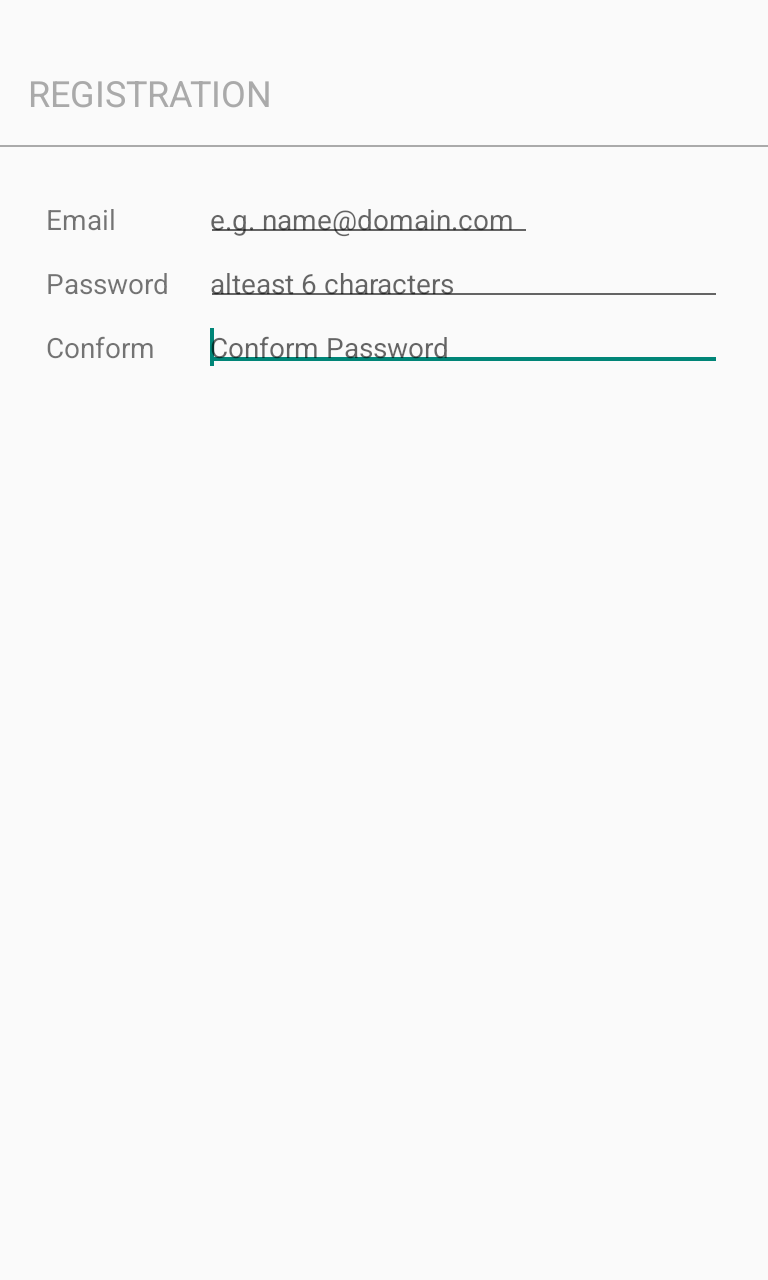
Repository: lMayuraDevani/BrentBrown
Layout: BrentBrown/res/layout/register.xml
The author's editor kept a copy of each file at every save. The layout is drawn from the files as they stood at one save, then again after the next save.
It is drawn on a 768 x 1280 px phone screen (xhdpi) without system bars, with theme AppTheme; the app's code is not run.

Above is the layout before, as saved 2014-11-12 09:29:01.

After the next save:
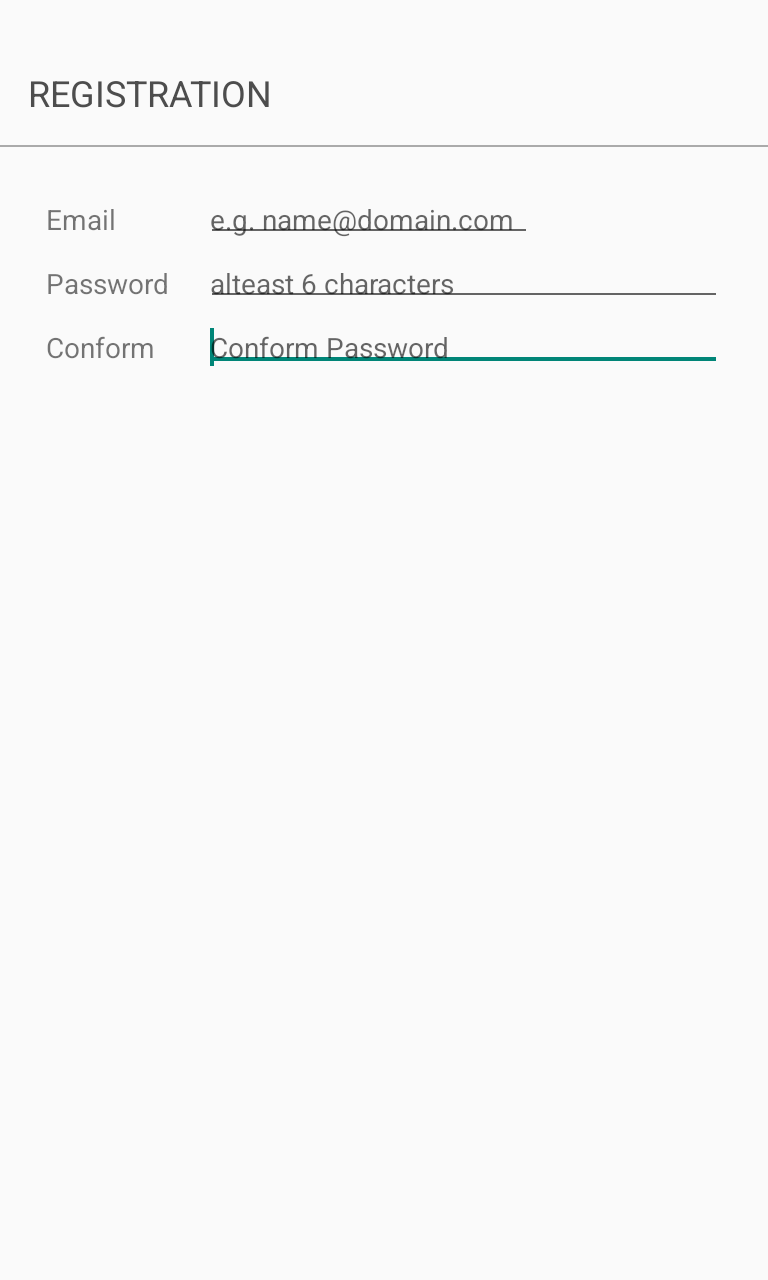
Saved 13 s later.
--- a/BrentBrown/res/layout/register.xml
+++ b/BrentBrown/res/layout/register.xml
@@ -12,7 +12,7 @@
         android:layout_marginTop="20dp"
         android:padding="14dp"
         android:text="@string/registration_lable"
-        android:textColor="@android:color/darker_gray"
+        android:textColor="@color/dark_gray_for_front"
         android:textAppearance="?android:attr/textAppearanceMedium" />
 
 
